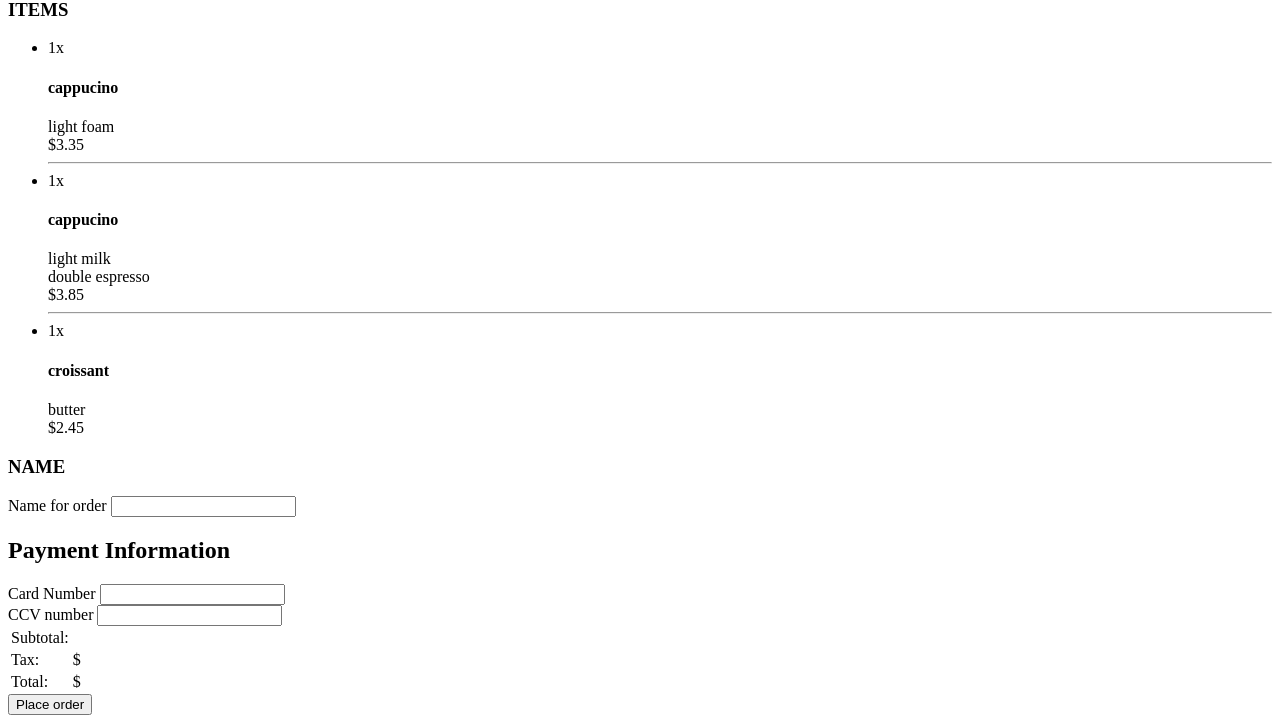
Repository: RkBeau/coffe_fm
Page: index.html
An editor plug-in stored every save of this project. The page is shown before and after the next save, followed by the edit.
The browser window is 1280 px wide. The pictures show the part of the page from y = 404 to 1127 px (the page is 1127 px tall).
A picture or video elsewhere on the page could not be fetched, so the positions and the page height are approximate.

Above is the page before, as saved 2024-04-17 03:53:12.
Not found: css/styles.css

### index.html
<!DOCTYPE html>
<html lang="en">
<head>
    <meta charset="UTF-8">
    <title>Home</title>
    <meta name="viewport" content="width=device-width, initial-scale=1.0">
    <link rel="stylesheet" href="css/styles.css">
    <link rel="preconnect" href="https://fonts.googleapis.com">
    <link rel="preconnect" href="https://fonts.gstatic.com" crossorigin="">
    <link href="https://fonts.googleapis.com/css2?family=Open+Sans:wght@400;700&amp;display=swap" rel="stylesheet">
</head>
    <body>
        <header>
            <h1>COFFEE MASTERS</h1>
            <img src="C:\Users\Khai_\Downloads\coffee_masters_logo.png" alt="logo">
        </header>
        <main>
            <div class="items-ordered">
                <h3 id="items">ITEMS</h3>
                <ul class="selected-items">
                    <li class="item-1">1x<h4>cappucino</h4>
                        <div class="garnish-item-1">light foam</div>
                        <div -class="price-item-1">$3.35</div>
                    </li>
                    <hr>
                    <li class="item-2">1x<h4>cappucino</h4>
                        <div class="garnish-item-2">light milk</div>
                        <div class="coffee-mod-item-2">double espresso</div>
                        <div class="price-item-2">$3.85</div>
                    </li>
                    <hr>
                    <li class="item-3">1x<h4>croissant</h4>
                        <div class="garnish-item-3">butter</div>
                        <div class="price-item-3">$2.45</div>
                    </li>
                </ul>
            </div>

            <div class="customer-info">
                <h3 id="name">NAME</h3>
                  <div class="input-group">
                    <label class="user-input-label" for="name">Name for order</label>
                    <input type="text" class="user-input" id="name">
                  </div>

            </div>
            <div class="cc-info">
                <h2 class="box-title">Payment Information</h2>
                <div class="input-group">
                    <label class="user-input-label" for="cc">Card Number</label>
                    <input type="text" class="user-input" id="cc">
                    <div class="input-group">
                        <label class="user-input-label" for="ccv">CCV number</label>
                        <input type="text" class="user-input short-input" id="ccv">
                      </div>
            </div>
            <div class="total">
                <table class="totals-table">
                  <tbody>
                    <tr>
                      <td>Subtotal:</td>
                      <td></td>
                    </tr>
                    <tr>
                      <td>Tax:</td>
                      <td>$</td>
                    </tr>
                    <tr class="final-totals">
                      <td>Total:</td>
                      <td>$</td>
                    </tr>
                  </tbody>
                </table>
                <button class="checkout" type="button">Place order</button>
            </div>
        </main>
    </body>
</html>

After the next save:
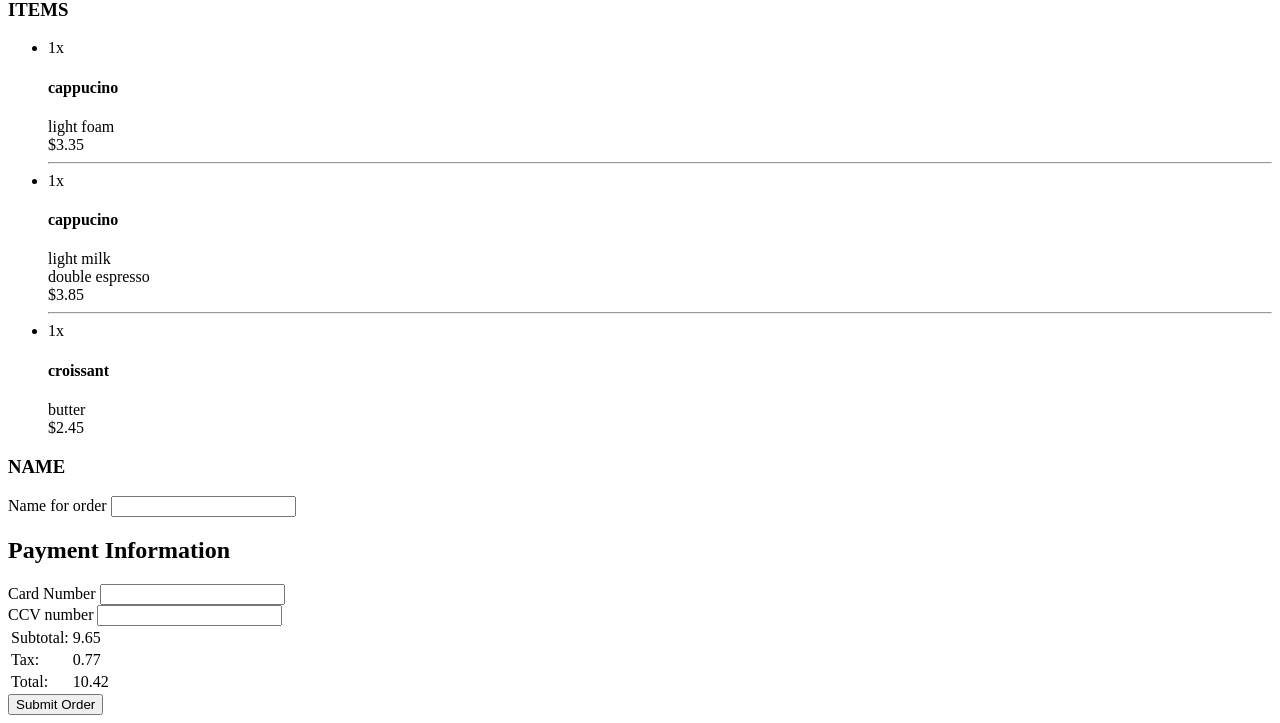
Saved 24 h 11 min later.
--- a/index.html
+++ b/index.html
@@ -15,64 +15,67 @@
             <img src="C:\Users\Khai_\Downloads\coffee_masters_logo.png" alt="logo">
         </header>
         <main>
-            <div class="items-ordered">
-                <h3 id="items">ITEMS</h3>
-                <ul class="selected-items">
-                    <li class="item-1">1x<h4>cappucino</h4>
-                        <div class="garnish-item-1">light foam</div>
-                        <div -class="price-item-1">$3.35</div>
-                    </li>
-                    <hr>
-                    <li class="item-2">1x<h4>cappucino</h4>
-                        <div class="garnish-item-2">light milk</div>
-                        <div class="coffee-mod-item-2">double espresso</div>
-                        <div class="price-item-2">$3.85</div>
-                    </li>
-                    <hr>
-                    <li class="item-3">1x<h4>croissant</h4>
-                        <div class="garnish-item-3">butter</div>
-                        <div class="price-item-3">$2.45</div>
-                    </li>
-                </ul>
-            </div>
-
-            <div class="customer-info">
-                <h3 id="name">NAME</h3>
-                  <div class="input-group">
-                    <label class="user-input-label" for="name">Name for order</label>
-                    <input type="text" class="user-input" id="name">
-                  </div>
-
-            </div>
-            <div class="cc-info">
-                <h2 class="box-title">Payment Information</h2>
-                <div class="input-group">
-                    <label class="user-input-label" for="cc">Card Number</label>
-                    <input type="text" class="user-input" id="cc">
+            <section class="orderbox">
+                <div class="items-ordered">
+                    <h3 id="items">ITEMS</h3>
+                    <ul class="selected-items">
+                        <li class="item-1">1x<h4>cappucino</h4>
+                            <div class="garnish-item-1">light foam</div>
+                            <div -class="price-item-1">$3.35</div>
+                        </li>
+                        <hr>
+                        <li class="item-2">1x<h4>cappucino</h4>
+                            <div class="garnish-item-2">light milk</div>
+                            <div class="coffee-mod-item-2">double espresso</div>
+                            <div class="price-item-2">$3.85</div>
+                        </li>
+                        <hr>
+                        <li class="item-3">1x<h4>croissant</h4>
+                            <div class="garnish-item-3">butter</div>
+                            <div class="price-item-3">$2.45</div>
+                        </li>
+                    </ul>
+                </div>
+            </section>
+            <section class="customer-info">
+                <div class="customer-info">
+                    <h3 id="customer-info">NAME</h3>
                     <div class="input-group">
-                        <label class="user-input-label" for="ccv">CCV number</label>
-                        <input type="text" class="user-input short-input" id="ccv">
-                      </div>
-            </div>
-            <div class="total">
-                <table class="totals-table">
-                  <tbody>
-                    <tr>
-                      <td>Subtotal:</td>
-                      <td></td>
-                    </tr>
-                    <tr>
-                      <td>Tax:</td>
-                      <td>$</td>
-                    </tr>
-                    <tr class="final-totals">
-                      <td>Total:</td>
-                      <td>$</td>
-                    </tr>
-                  </tbody>
+                        <label class="user-input-label" for="name">Name for order</label>
+                        <input type="text" class="user-input" id="name">
+                    </div>
+                </div>
+                <div class="cc-info">
+                    <h2 class="box-title">Payment Information</h2>
+                    <div class="input-group">
+                        <label class="user-input-label" for="cc">Card Number</label>
+                        <input type="text" class="user-input" id="cc">
+                        <div class="input-group">
+                            <label class="user-input-label" for="ccv">CCV number</label>
+                            <input type="text" class="user-input short-input" id="ccv">
+                        </div>
+                    </div>
+                </div>
+            </section>
+            <section class="order-total">
+                <table class="totals-tab">
+                    <tbody>
+                        <tr>
+                            <td>Subtotal:</td>
+                            <td>9.65</td>
+                        </tr>
+                        <tr>
+                            <td>Tax:</td>
+                            <td>0.77</td>
+                        </tr>
+                        <tr class="final-total:">
+                            <td>Total:</td>
+                            <td>10.42</td>
+                        </tr>
+                    </tbody>
                 </table>
-                <button class="checkout" type="button">Place order</button>
-            </div>
+                <button class="checkout-btn" type="submit">Submit Order</button>
+            </section>
         </main>
     </body>
 </html>
